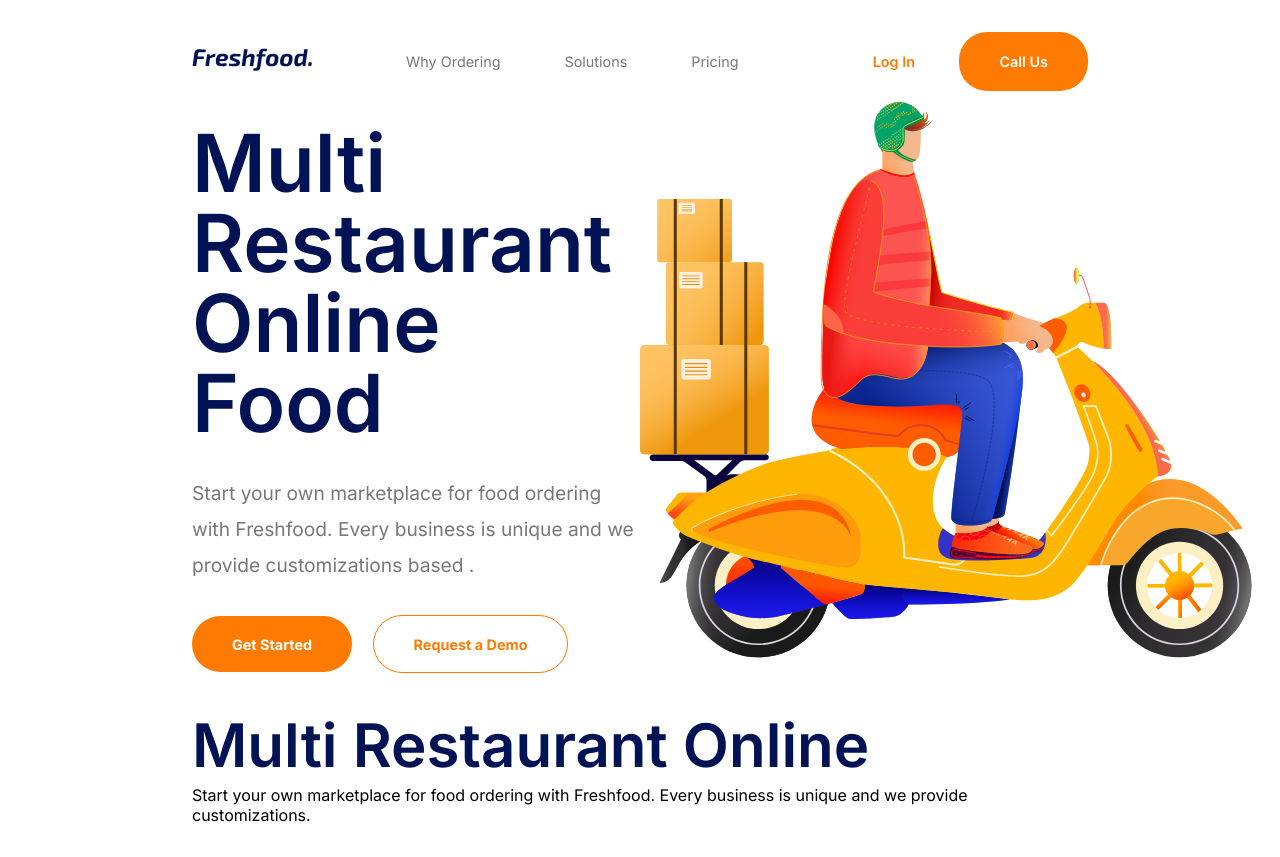
Repository: badhon252/FreshFood
Page: index.html
An editor plug-in stored every save of this project. The page is shown before and after the next save, followed by the edit.
The browser window is 1280 px wide. The pictures show the whole page.
The style sheet was rebuilt from its Sass, Less or Tailwind sources for each picture, by a compiler version that may differ from the author's.

Above is the page before, as saved 2022-09-06 00:37:55.

After the next save:
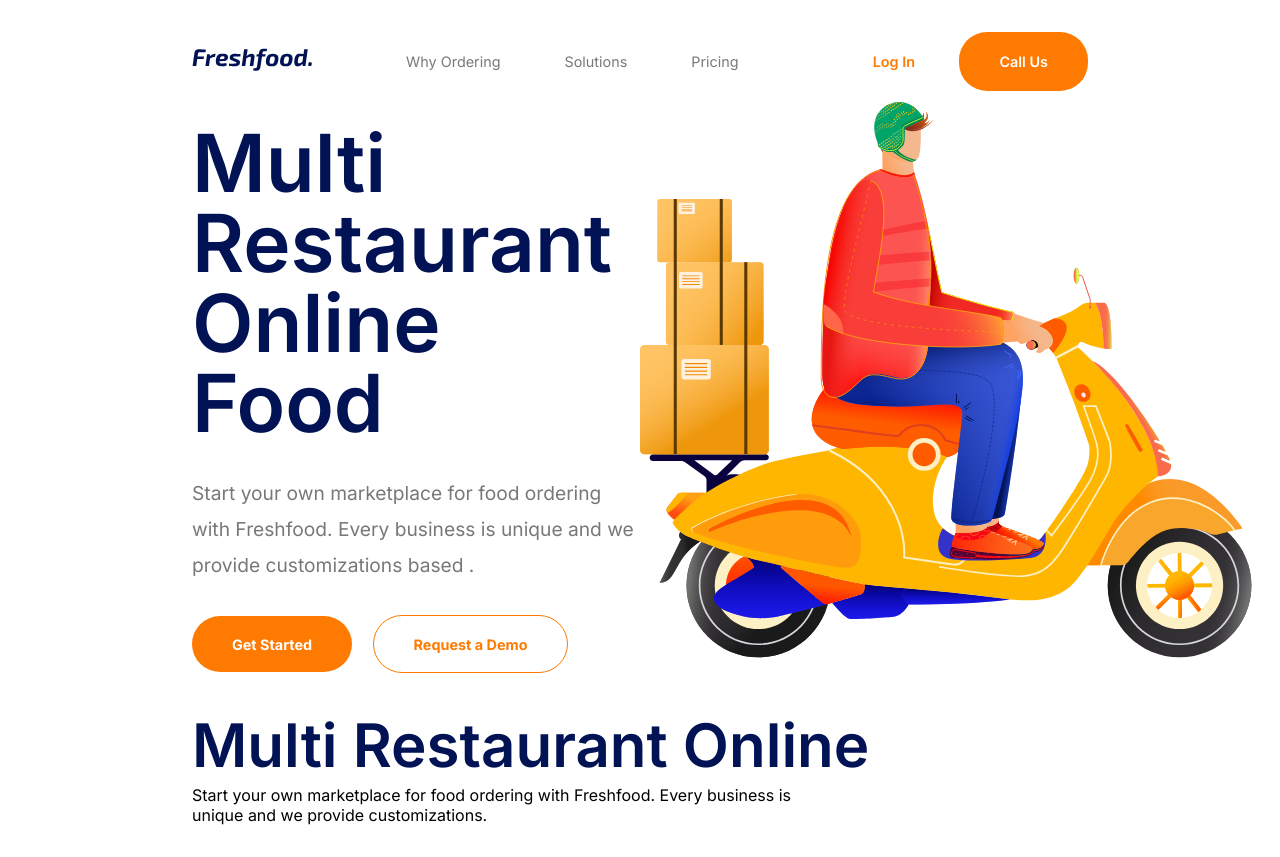
Saved 17 s later.
--- a/index.html
+++ b/index.html
@@ -46,7 +46,7 @@
 
     <section class="second-section container">
         <h1>Multi Restaurant Online</h1>
-        <p>Start your own marketplace for food ordering with Freshfood. Every business is unique and we provide
+        <p>Start your own marketplace for food ordering with Freshfood. Every business is <br> unique and we provide
             customizations.</p>
     </section>
 </body>
